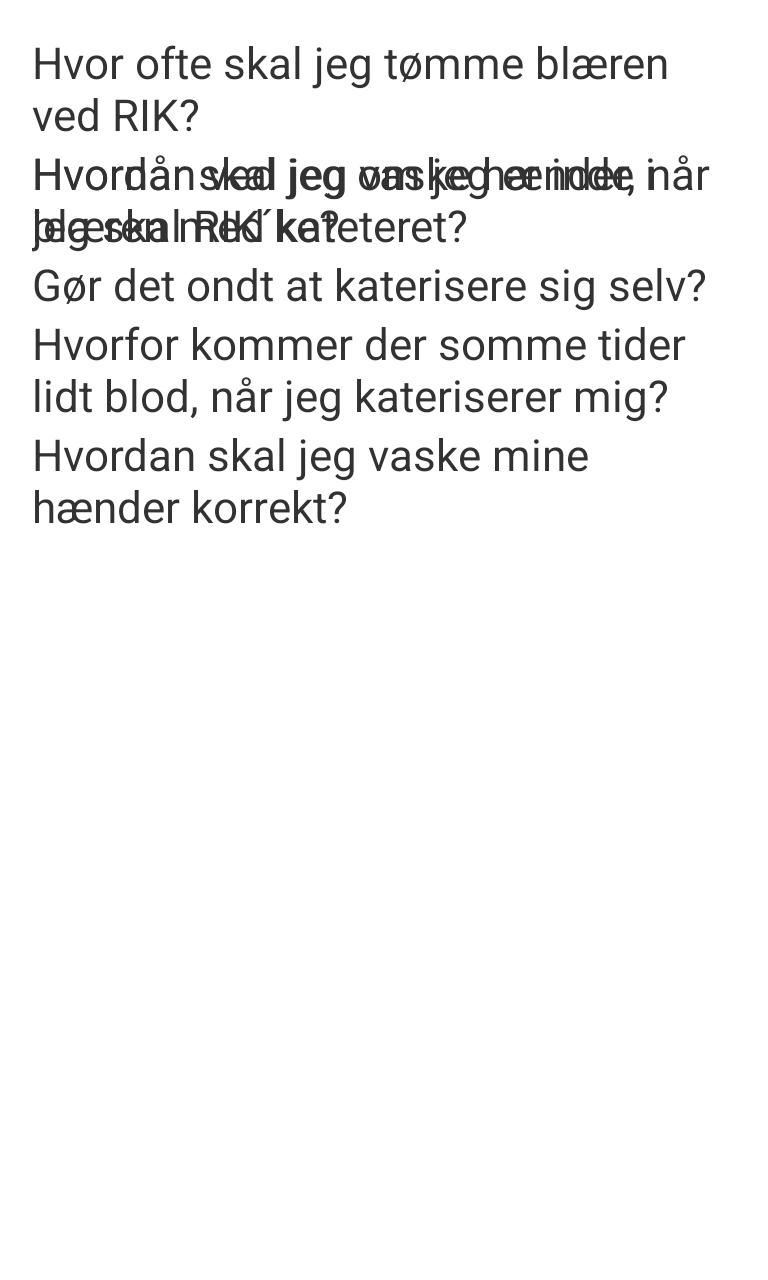
Repository: KingApollo/RIKapp2
Layout: RIKapp/res/layout/activity_information.xml
The author's editor kept a copy of each file at every save. The layout is drawn from the files as they stood at one save, then again after the next save.
It is drawn on a 768 x 1280 px phone screen (xhdpi) without system bars, with theme android:Theme.Light.NoTitleBar; the app's code is not run.

Above is the layout before, as saved 2014-10-10 12:19:01.

### RIKapp/res/layout/activity_information.xml
<RelativeLayout xmlns:android="http://schemas.android.com/apk/res/android"
    xmlns:tools="http://schemas.android.com/tools"

    android:layout_width="match_parent"
    android:layout_height="match_parent"
    android:paddingBottom="@dimen/activity_vertical_margin"
    android:paddingLeft="@dimen/activity_horizontal_margin"
    android:paddingRight="@dimen/activity_horizontal_margin"
    android:paddingTop="@dimen/activity_vertical_margin"
    tools:context="dk.ucn.datamatiker.rikapp.Information"
    >

<TextView   android:id="@+id/tvHowOftenQuestion"
            android:text="@string/howOftenQuestion"
            android:textSize="22sp"
            android:clickable="true"
            android:onClick="toggle_contents"
            android:layout_width="wrap_content"
            android:layout_height="wrap_content"/>

<TextView
    android:id="@+id/tvWhenBladderQuestion"
    android:layout_width="wrap_content"
    android:layout_height="wrap_content"
    android:layout_alignLeft="@+id/tvHowOftenQuestion"
    android:layout_below="@+id/tvHowOftenQuestion"
    android:clickable="true"
    android:onClick="toggle_contents"
    android:text="@string/whenBladderQuestion"
    android:textSize="22sp" />

<TextView
    android:id="@+id/tvDoesItHurtQuestion"
    android:layout_width="wrap_content"
    android:layout_height="wrap_content"
    android:layout_alignLeft="@+id/tvHowOftenQuestion"
    android:layout_below="@+id/tvWhenBladderQuestion"
    android:clickable="true"
    android:onClick="toggle_contents"
    android:text="@string/doesItHurtQuestion"
    android:textSize="22sp" />

<TextView
    android:id="@+id/tvWhyBloodQuestion"
    android:layout_width="wrap_content"
    android:layout_height="wrap_content"
    android:layout_alignLeft="@+id/tvHowOftenQuestion"
    android:layout_below="@+id/tvDoesItHurtQuestion"
    android:clickable="true"
    android:onClick="toggle_contents"
    android:text="@string/whyBloodQuestion"
    android:textSize="22sp" />

<TextView
    android:id="@+id/tvHowHandWashQuestion"
    android:layout_width="wrap_content"
    android:layout_height="wrap_content"
    android:layout_alignLeft="@+id/tvHowOftenQuestion"
    android:layout_below="@+id/tvWhyBloodQuestion"
    android:clickable="true"
    android:onClick="toggle_contents"
    android:text="@string/howHandWashQuestion"
    android:textSize="22sp" />

<TextView
    android:id="@+id/tvWhenHandWashQuestion"
    android:layout_width="wrap_content"
    android:layout_height="wrap_content"
    android:layout_alignLeft="@+id/tvHowOftenQuestion"
    android:layout_below="@+id/tvHowOftenQuestion"
    android:clickable="true"
    android:onClick="toggle_contents"
    android:text="@string/whenHandWashQuestion"
    android:textSize="22sp" />

</RelativeLayout>

### RIKapp/res/values/strings.xml
<?xml version="1.0" encoding="utf-8"?>
<resources>

    <string name="app_name">RIKapp</string>
    <string name="hello_world">Hello world!</string>
    <string name="action_settings">Settings</string>
    <string name="title_activity_hyg">Hyg</string>
    <string name="hygiejne_btn">Hygiejne</string>
    <string name="maaling_btn">Måling</string>
    <string name="title_activity_maalinger">Maalinger</string>
    <string name="skema_btn">Skema</string>
    <string name="title_activity_skema">Skema</string>
    <string name="title_activity_information">Information</string>
    <string name="howOftenAnswer">"Du har på sygehuset aftalt en hyppighed med sygeplejersken. Man kan ikke præcist aftale hvor mange gange man skal RIK'ke sig hver dag, idet det afhænger af årsagen til RIK. En tommelfingerregel er, at hvis du efter naturlig vandladning udtømmer mere end 100-150 ml. med kateter, kan du kateteriserer dig én gang mindre i døgnet. Den første uges tid kan det være en god idé at skrive ned, hvor meget du udtømmer. Du kan med jævne mellemrum kontrollere hvor meget du lader spontant og hvor meget du udtømmer med kateter."</string>
    <string name="howOftenQuestion">Hvor ofte skal jeg tømme blæren ved RIK?</string>
    <string name="test1">111111111111111111111111</string>
    <string name="test2">22222222222222222222222222</string>
    <string name="title_activity_how_often">HowOften</string>
    <string name="title_activity_kontakt">Kontakt</string>
    <string name="kontakt_btn">Kontakt</string>
    <string name="kontakt_text">"<b>Kontakt1</b> \n Kontaktperson: kp1 \n Tlf: 12345678 \n Email: kp1@e.dk
        \n\n<b>Kontakt2</b> \n Kontaktperson: kp2 \n Tlf: 87654321 \n Email: kp2@e.dk"</string>
    <string name="kontakt_title">"Kontakt"</string>
    <string name="mlInput_hint">Intast ml</string>
    <string name="save_btn_name">Log måling</string>
    <string name="noteInput_hint">Eventuelt note</string>
    <string name="title_activity_when_in_bladder">WhenInBladder</string>
    <string name="whenBladderQuestion">"Hvordan ved jeg om jeg er inde i blæren med kateteret?"</string>
	<string name="whenBladderAnswer">"Når urinen løber ud gennem kateret i toilettet, så er du i blæren. Vær opmærksom på, at kateteret ikke er langt oppe i blæren at hullerne på spidsen af kateteret kommer over niveau med urinen inde i blæren – så kan det nemlig ikke tømmes ud. Træk derfor kateteret langsom ud igen, og hvis der kommer mere urin, så vent til det ikke løber mere. Træk derefter resten ud i et jævnt træk.</string>
    <string name="doesItHurtQuestion">Gør det ondt at katerisere sig selv?</string>
    <string name="doesItHurtAnswer">""Nej, det gør ikke ondt, men du kan føle lidt ubehag i begyndelsen i urinrøret eller et kortvarigt jag i blæren. Hvis du oplever sådan et jag, så kan det skyldes at blærevæggen suges tæt til kateteret i blæren, når den tømmes. Det forsvinder hurtigt igen. "</string>
	<string name="whyBloodQuestion">Hvorfor kommer der somme tider lidt blod, når jeg kateriserer mig?</string>
	<string name="whyBloodAnswer">Det gør der, fordi der nemt kan komme en lille ridse i urinrørets slimhinde eller i blærens slimhinde. Det betyder ingenting, og er helt ufarligt. </string>
	<string name="whenHandWashQuestion">Hvornår skal jeg vaske hænder, når jeg skal RIK´ke?</string>
	<string name="whenHandWashAnswer">Det skal du før du påbegynder udtømningen. Det vil sige, at du finder det frem, som du skal bruge, og måske lukker du bukserne op og trækker bukserne ned. Så vasker du hænderne ifølge forskrifterne – klik her. Du skal også afslutte med at vaske hænderne, når du har tømt blæren for urin, og har trukket benklæderne op igen. Du skal tørre hænderne i et rent håndklæde/engangshåndklæde.</string>
	<string name="howHandWashQuestion">Hvordan skal jeg vaske mine hænder korrekt?</string>
	<string name="howHandWashAnswer">Du kan se videoen ved at klikke her</string>





</resources>

Loaded but not shown: RIKapp/res/values/dimens.xml (common file); RIKapp/res/values-w820dp/dimens.xml (common file)

After the next save:
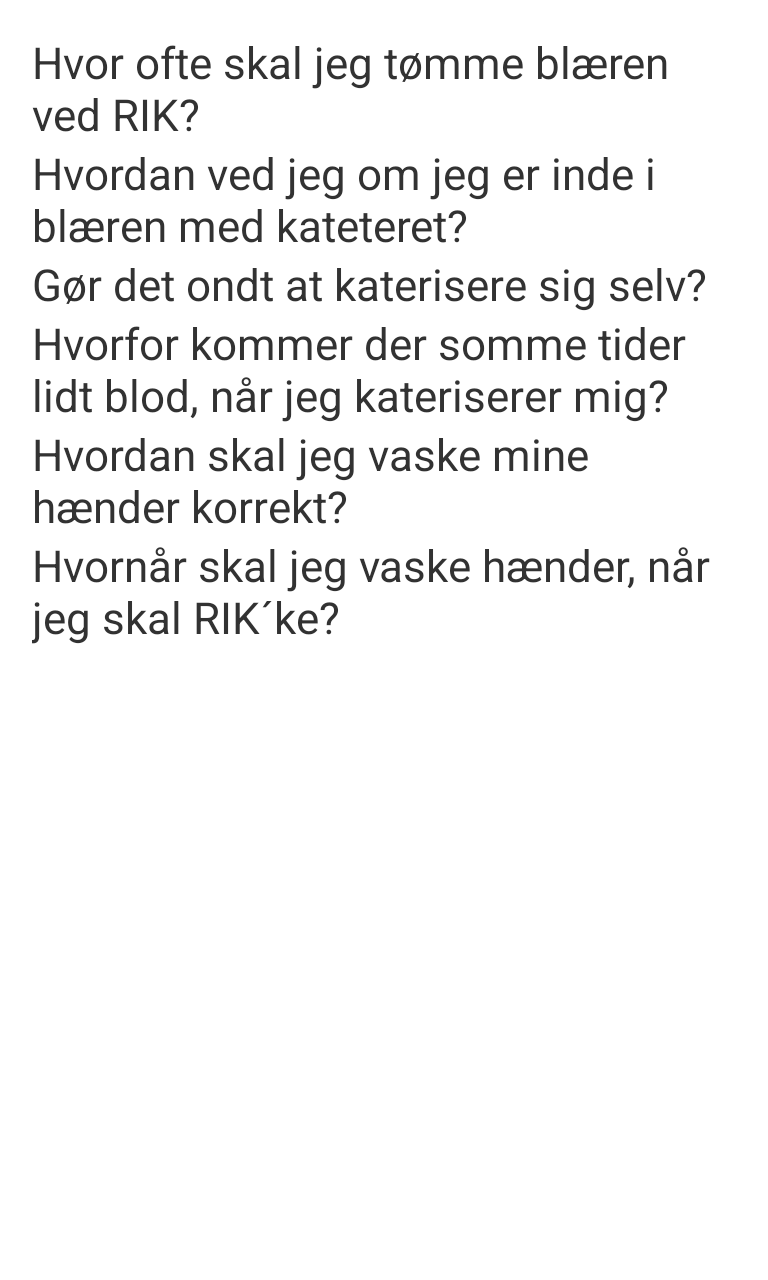
Saved 12 s later.
--- a/RIKapp/res/layout/activity_information.xml
+++ b/RIKapp/res/layout/activity_information.xml
@@ -67,7 +67,7 @@
     android:layout_width="wrap_content"
     android:layout_height="wrap_content"
     android:layout_alignLeft="@+id/tvHowOftenQuestion"
-    android:layout_below="@+id/tvHowOftenQuestion"
+    android:layout_below="@+id/tvHowHandWashQuestion"
     android:clickable="true"
     android:onClick="toggle_contents"
     android:text="@string/whenHandWashQuestion"
